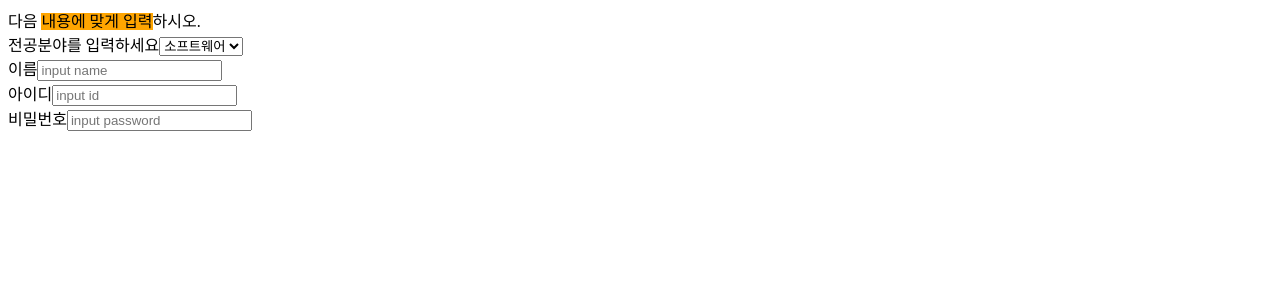
Repository: jwlee0714/HTML
Page: html/quiz-설문조사.html
An editor plug-in stored every save of this project. The page is shown before and after the next save, followed by the edit.
The browser window is 1280 px wide. The pictures show the whole page.

Above is the page before, as saved 2021-10-05 08:18:13.

After the next save:
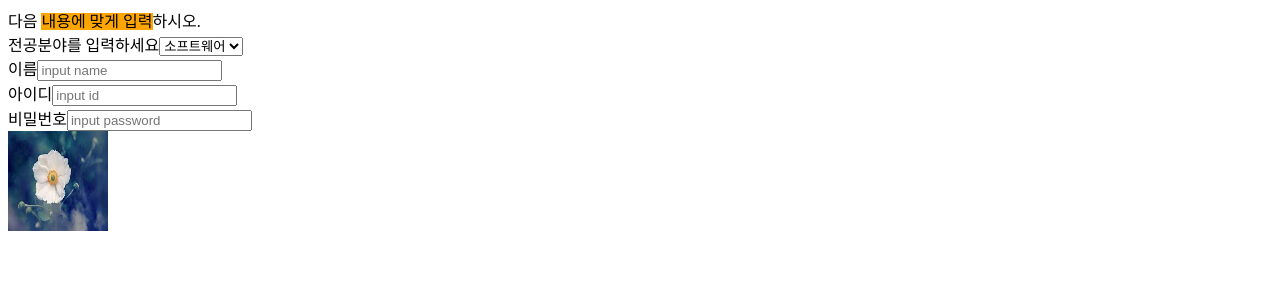
Saved 2 min 13 s later.
--- a/html/quiz-설문조사.html
+++ b/html/quiz-설문조사.html
@@ -24,5 +24,9 @@
 
 	</form>
 
+		<td align="right">
+			<img src="img/다운로드.jfif" width="100"height="100">
+
+			</td>
 </body>
 </html>
